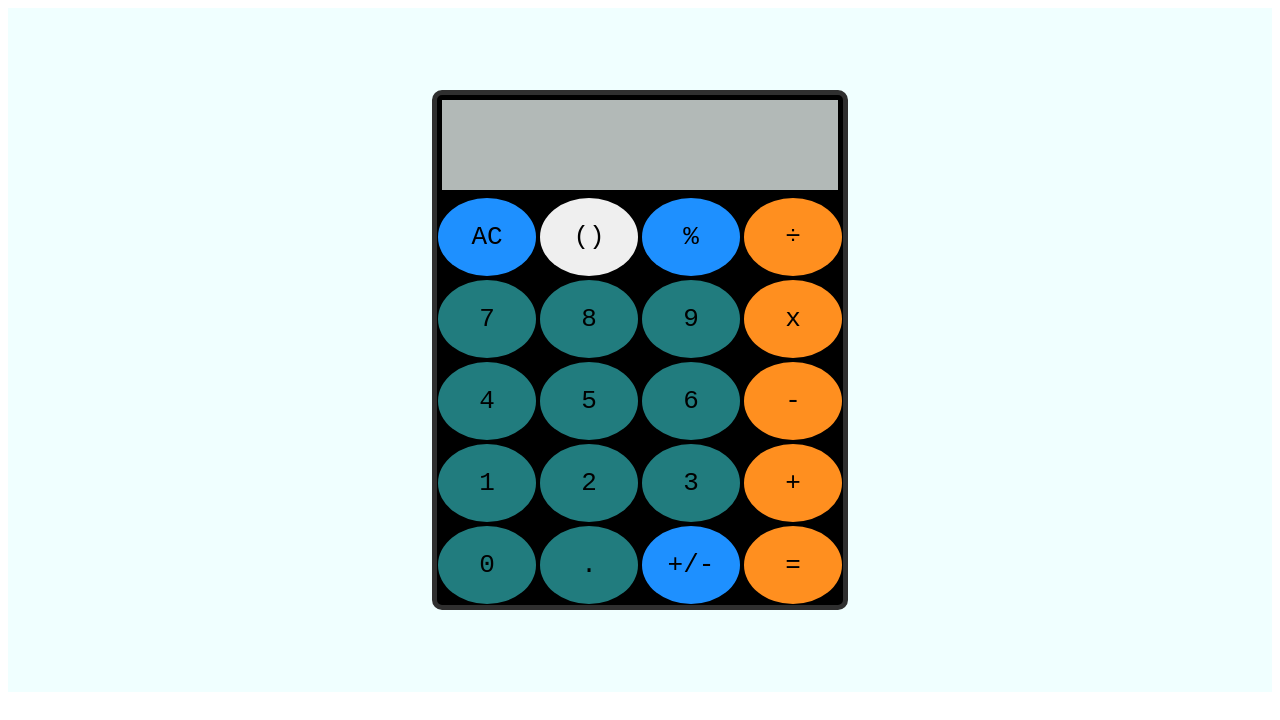
Repository: MhlengiNgubane/BrainnestJsTwo
Page: index.html
An editor plug-in stored every save of this project. The page is shown before and after the next save, followed by the edit.
The browser window is 1280 px wide. The pictures show the whole page.

Above is the page before, as saved 2022-09-08 08:14:46.

After the next save:
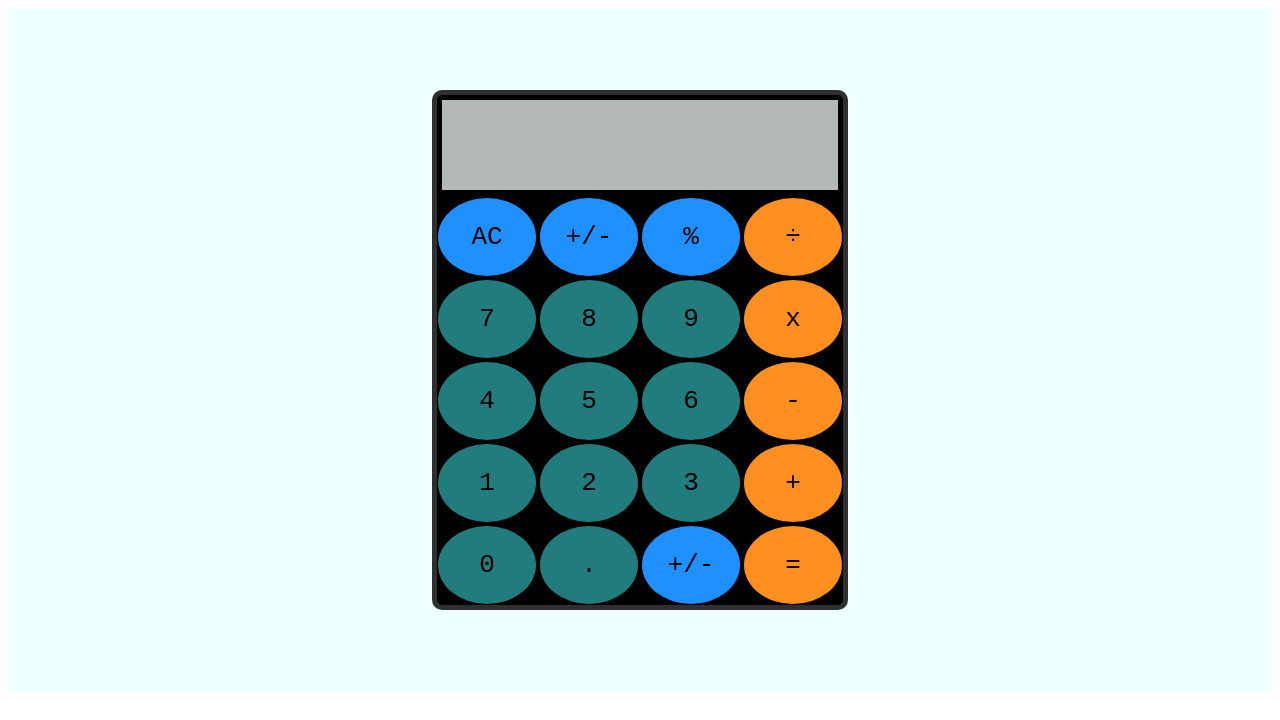
Saved 14 min 41 s later.
--- a/index.html
+++ b/index.html
@@ -13,7 +13,7 @@
             <div id="container">
                 <div id="display"></div>
                 <button type="button" class="clear"  data-action="8">AC</button>
-                <button type="button" class="braket"  data-action="169">()</button>
+                <button type="button" class="sign"  data-action="192">+/-</button>
                 <button type="button" class="percent"  data-action="80">%</button>
                 <button type="button" class="operator"  data-action="68">÷</button>
                 <button type="button" class="operand"  data-action="55">7</button>
